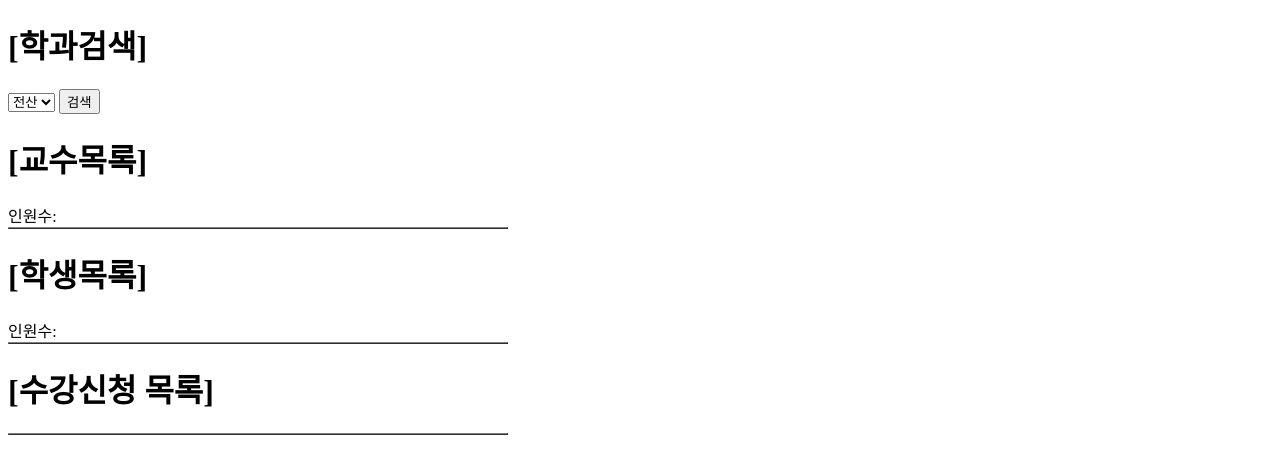
Repository: kmg8138/html
Page: 2020.04.08/ex0507/WebContent/list.html
The author's editor kept a copy of each file at every save. The page is drawn from the files as they stood at one save, then again after the next save.
The browser window is 1280 px wide. The pictures show the whole page.
Some web libraries are served in a nearby version.

Above is the page before, as saved 2020-05-07 07:28:43.

### 2020.04.08/ex0507/WebContent/list.html
<!DOCTYPE html>
<html>
<head>
	<script src="http://code.jquery.com/jquery-1.9.1.js"></script>
	<script src="https://cdnjs.cloudflare.com/ajax/libs/handlebars.js/3.0.1/handlebars.js"></script>
	<meta charset="UTF-8">
	<title>학과검색</title>
</head>
<body>
	<h1>[학과검색]</h1>
	<select id="dept">
		<option>전산</option>
		<option>건축</option>
		<option>전자</option>
	</select>
	<input type="button" value="검색" id="btnSearch">
	<div>
		<h1>[교수목록]</h1>
		<div>
		인원수:<span id="pcnt"></span>
		</div>
		<table id="tbl" border=1 width=500></table>
		<script id="temp" type="text/x-handlebars-template">
			{{#each pArray}}
				<tr>
					<td class=pcode>{{pcode}}</td>
					<td>{{pname}}</td>
					<td>{{dept}}</td>
					<td>{{hiredate}}</td>
				</tr>
			{{/each}}
		</script>
	</div>
	<div>
		<h1>[학생목록]</h1>
		<div>
		인원수:<span id="scnt"></span>
		</div>
		<table id="tbl1" border=1 width=500></table>
		<script id="temp1" type="text/x-handlebars-template">
			{{#each sArray}}
				<tr class=row>
					<td class=scode>{{scode}}</td>
					<td>{{sname}}</td>
					<td>{{dept}}</td>
					<td>{{birthday}}</td>
				</tr>
			{{/each}}
		</script>
	</div>
		<div>
		<h1>[수강신청 목록]</h1>
		<table id="tbl2" border=1 width=500></table>
		<script id="temp2" type="text/x-handlebars-template">
			{{#each aArray}}
				<tr>
					<td class=lcode>{{lcode}}</td>
					<td>{{lname}}</td>
					<td>{{grade}}</td>
				</tr>
			{{/each}}
		</script>
	</div>
</body>
<script>
	$("#btnSearch").on("click", function(){
		var dept=$("#dept").val();
		$.ajax({
			type:"get",
			url:"list.jsp",
			data:{"dept":dept},
			dataType:"json",
			success:function(data){
				var temp=Handlebars.compile($("#temp").html());
				$("#tbl").html(temp(data));

				var temp=Handlebars.compile($("#temp1").html());
				$("#tbl1").html(temp(data));

				$("#pcnt").html(data.pcnt);
				$("#scnt").html(data.scnt);
			}
		});
	});

	$("#tbl1").on("click",".row", function(){
		var scode=$(this).find(".scode").html();
		$.ajax({
			type:"get",
			url:"elist.jsp",
			data:{"scode":scode},
			dataType:"json",
			success:function(data){
				var temp=Handlebars.compile($("#temp2").html());
				$("#tbl2").html(temp(data));

			}
		});
	})
</script>
</html>

After the next save:
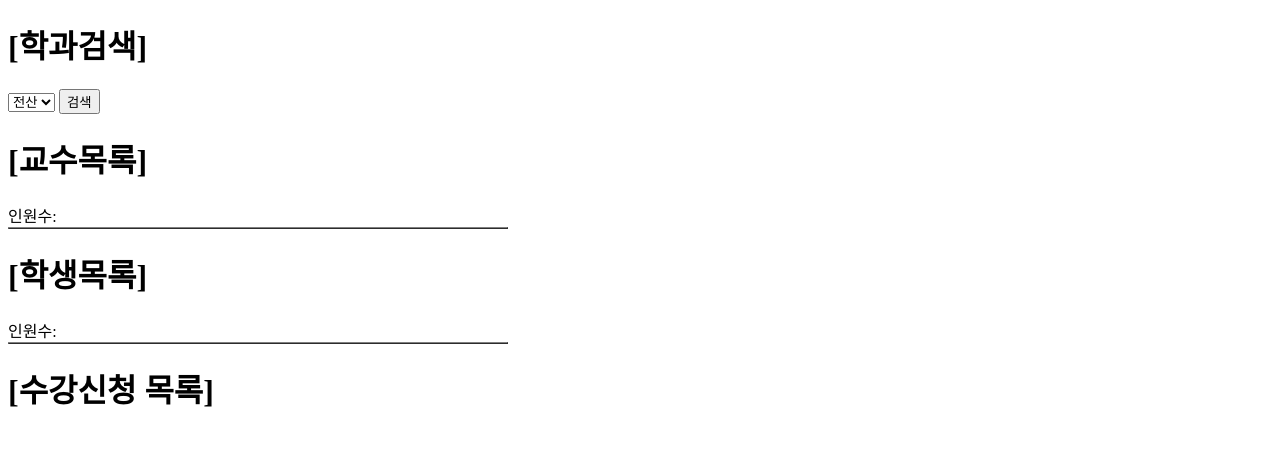
Saved 5 min 30 s later.
--- a/2020.04.08/ex0507/WebContent/list.html
+++ b/2020.04.08/ex0507/WebContent/list.html
@@ -57,6 +57,8 @@
 					<td class=lcode>{{lcode}}</td>
 					<td>{{lname}}</td>
 					<td>{{grade}}</td>
+					<td id=avg></td>
+					<td id=cnt></td>
 				</tr>
 			{{/each}}
 		</script>
@@ -82,6 +84,7 @@
 			}
 		});
 	});
+	$("#tbl2").hide();
 
 	$("#tbl1").on("click",".row", function(){
 		var scode=$(this).find(".scode").html();
@@ -91,8 +94,11 @@
 			data:{"scode":scode},
 			dataType:"json",
 			success:function(data){
+				$("#tbl2").show();
 				var temp=Handlebars.compile($("#temp2").html());
 				$("#tbl2").html(temp(data));
+				$("#avg").html(data.avg)
+				$("#cnt").html(data.cnt)
 
 			}
 		});

After the 2 saves that followed:
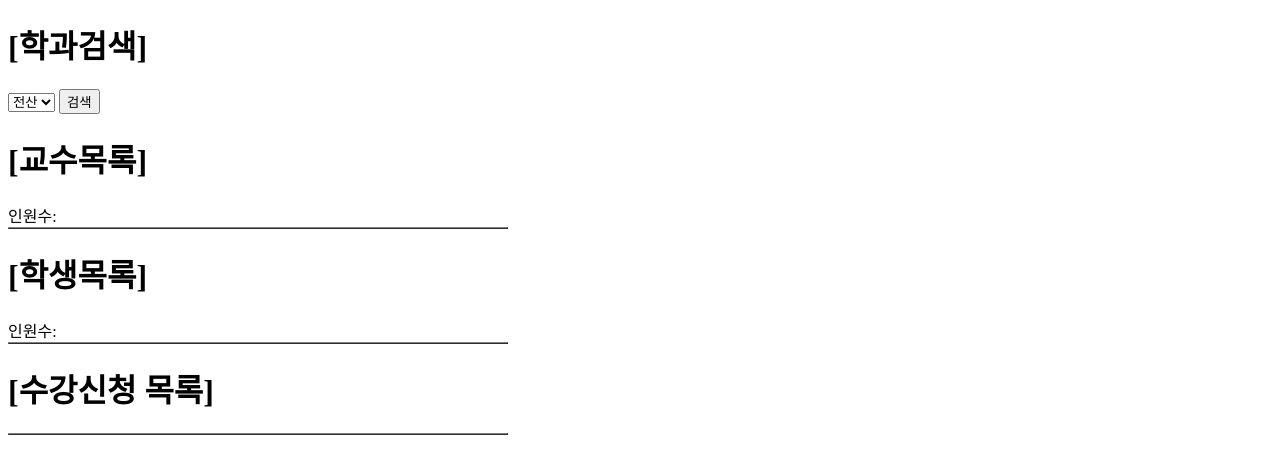
The 2 saves are shown as one change because 1 left the picture as it was.
The last was saved 78 s later.
--- a/2020.04.08/ex0507/WebContent/list.html
+++ b/2020.04.08/ex0507/WebContent/list.html
@@ -52,7 +52,7 @@
 		<h1>[수강신청 목록]</h1>
 		<table id="tbl2" border=1 width=500></table>
 		<script id="temp2" type="text/x-handlebars-template">
-			{{#each aArray}}
+			{{#each array}}
 				<tr>
 					<td class=lcode>{{lcode}}</td>
 					<td>{{lname}}</td>
@@ -84,7 +84,7 @@
 			}
 		});
 	});
-	$("#tbl2").hide();
+	//$("#tbl2").hide();
 
 	$("#tbl1").on("click",".row", function(){
 		var scode=$(this).find(".scode").html();
@@ -94,7 +94,7 @@
 			data:{"scode":scode},
 			dataType:"json",
 			success:function(data){
-				$("#tbl2").show();
+				//$("#tbl2").show();
 				var temp=Handlebars.compile($("#temp2").html());
 				$("#tbl2").html(temp(data));
 				$("#avg").html(data.avg)
